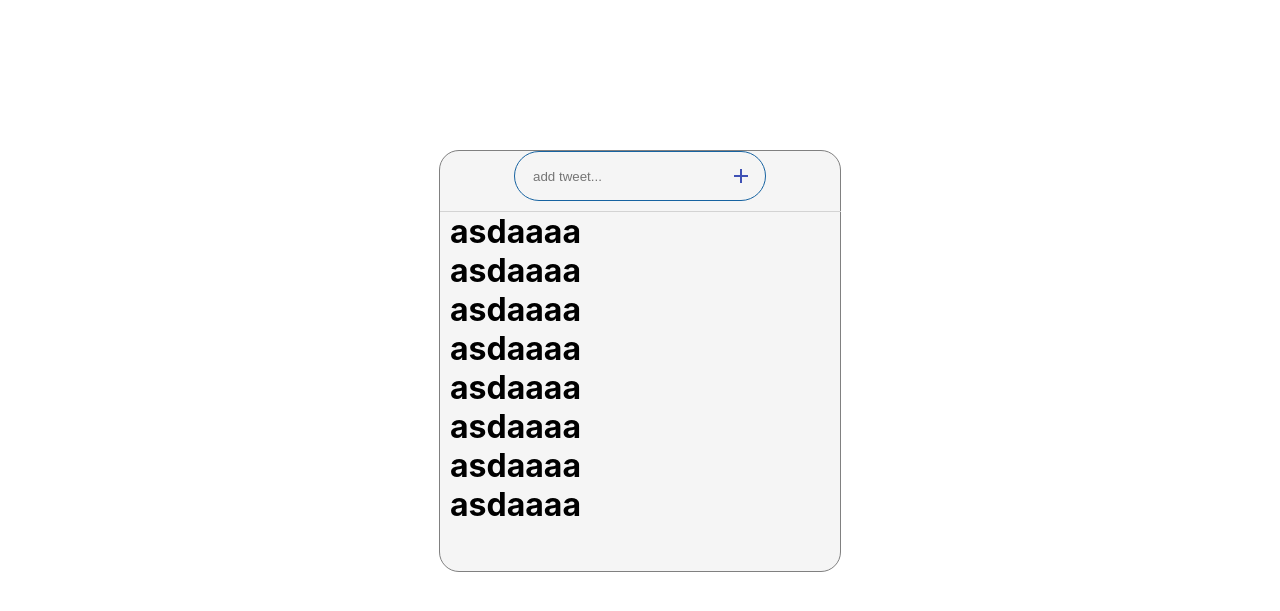
Repository: ehabmelhem/FullStack_Tweetapp
Page: /tweet (app in tweet-app-demo/)
The author's editor kept a copy of each file at every save. The page is drawn from the files as they stood at one save, then again after the next save.
The browser window is 1280 px wide. The pictures show the whole page.
The project was rebuilt for these pictures with package versions that can differ from the ones it lists, and the page was loaded fresh each time. A package was used in the major version that the imports need, not the one package.json lists. Also part of the build but not shown: tweet-app-demo/src/Componets/Gotweet.js, tweet-app-demo/src/Componets/Login.css, tweet-app-demo/src/Componets/Login.js, tweet-app-demo/src/Componets/SignUp.css, tweet-app-demo/src/Componets/SignUp.js.

Above is the page before, as saved 2021-01-28 20:06:46.

After the next save:
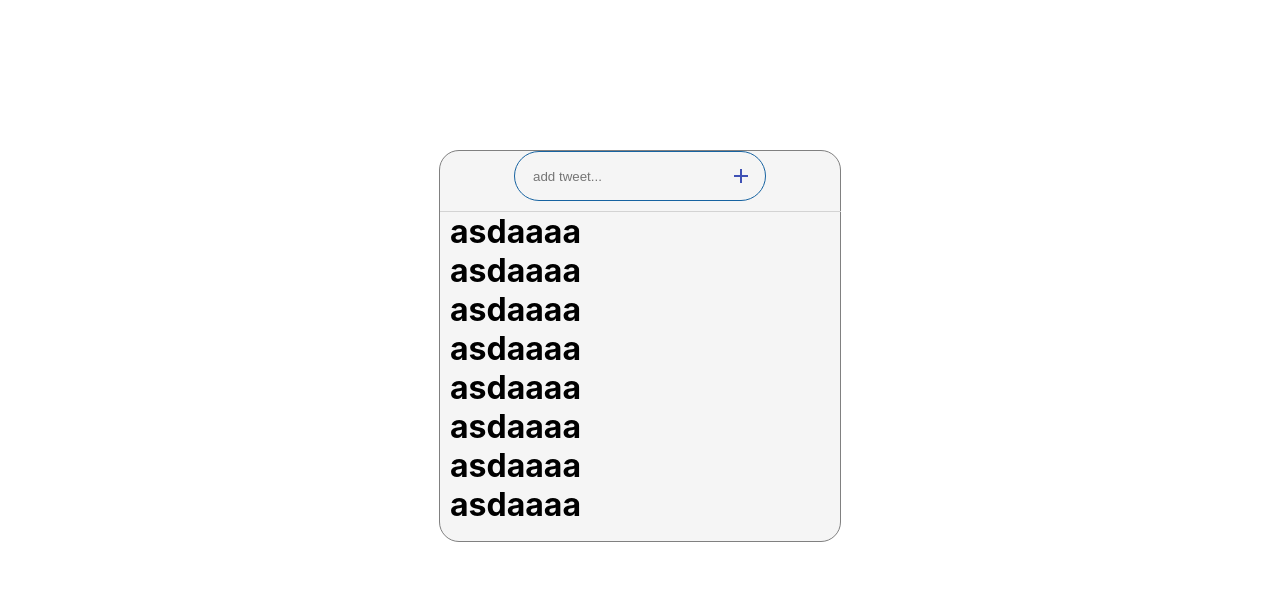
Saved 4 s later.
--- a/tweet-app-demo/src/Componets/Tweet.css
+++ b/tweet-app-demo/src/Componets/Tweet.css
@@ -19,7 +19,7 @@
   border-radius: 20px;
   border: 1px solid gray;
   z-index: 999;
-  height: 420px;
+  height: 390px;
 }
 /* Hide scrollbar for Chrome, Safari and Opera */
 
